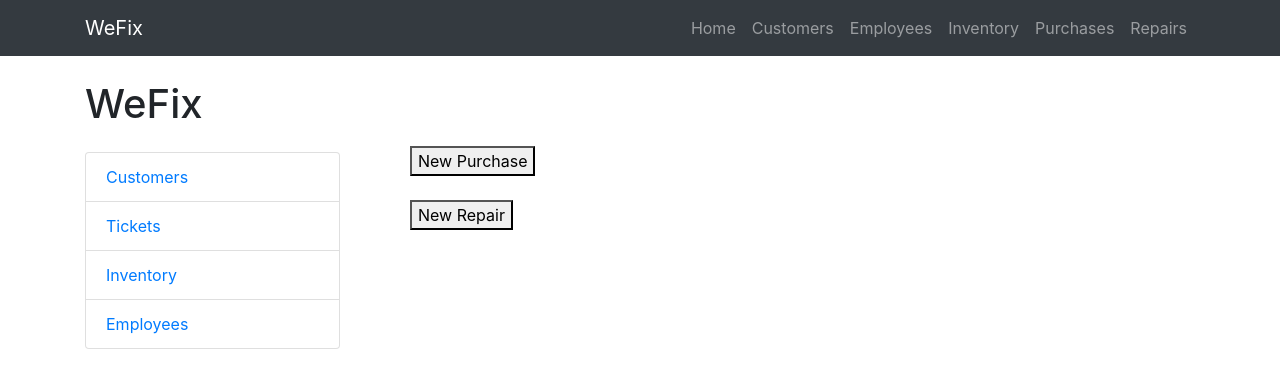
Repository: Map2g/WeFixPOS
Page: http://localhost/pages/index.php
The author's editor kept a record of every edit. The page is drawn from the files as they stood at one moment, then again after the next edit.
The browser window is 1280 px wide. The pictures show the whole page.
The page is run by PHP 8.4 with error messages shown; the project is at /var/www/html/. Other server files are loaded and not shown.

Above is the page before.

### pages/index.php
<?php include ('top.php'); session_start();?>

  <!-- Page Content -->
  <div class="container">

    <div class="row">

      <div class="col-lg-3">

        <h1 class="my-4">WeFix</h1>
        <div class="list-group">
          <a href="Customers.php" class="list-group-item">Customers</a>
          <a href="#" class="list-group-item">Tickets</a>
          <a href="Inventory.php" class="list-group-item">Inventory</a>
          <a href="Employees.php" class="list-group-item">Employees</a>
        </div>

      </div>
      <!-- /.col-lg-3 -->

      <div class="col-lg-9">

        <div class="row">

          <div class="col-lg-4 col-md-6 mb-4" style="top:90px; left:40px;">
              <a href="AddPurchaseForm.php"><button class="button">New Purchase</button></a>
          </div>
        </div>
        <!-- /.row -->
        <div class="row">
          <div class="col-lg-4 col-md-6 mb-4" style="top:90px; left:40px;">
            <a href="AddRepairFormGeneral.php"><button class="button">New Repair</button></a>
          </div>
        </div>



      </div>
      <!-- /.col-lg-9 -->

    </div>
    <!-- /.row -->

  </div>
  <!-- /.container -->

  <!-- Footer -->
  <!--<footer class="py-5 bg-dark fixed-bottom">-->
  <!--  <div class="container">-->
  <!--    <p class="m-0 text-center text-white">Copyright &copy; WeFix 2019</p>-->
  <!--  </div>-->
    <!-- /.container -->
  <!--</footer>-->

  <!-- Bootstrap core JavaScript -->
  <script src="vendor/jquery/jquery.min.js"></script>
  <script src="vendor/bootstrap/js/bootstrap.bundle.min.js"></script>

</body>

</html>

### pages/top.php
<!--Navbar included on every non-form page-->

<!DOCTYPE html>
<html lang="en">

<head>

  <meta charset="utf-8">
  <meta name="viewport" content="width=device-width, initial-scale=1, shrink-to-fit=no">
  <meta name="description" content="Database Project">
  <meta name="author" content="Team Wardia">

  <title>WeFix</title>

  <!-- Bootstrap core CSS -->
  <link href="vendor/bootstrap/css/bootstrap.min.css" rel="stylesheet">

  <!-- Custom styles for this template -->
  <link href="css/shop-homepage.css" rel="stylesheet">

</head>

<body>

  <!-- Navigation -->
  <nav class="navbar navbar-expand-lg navbar-dark bg-dark fixed-top">
    <div class="container">
      <a class="navbar-brand" href="index.php">WeFix</a>
      <h class="navbar-brand" style="color:#FFF; left:30px"></h>
      <button class="navbar-toggler" type="button" data-toggle="collapse" data-target="#navbarResponsive" aria-controls="navbarResponsive" aria-expanded="false" aria-label="Toggle navigation">
        <span class="navbar-toggler-icon"></span>
      </button>
      <div class="collapse navbar-collapse" id="navbarResponsive">
        <ul class="navbar-nav ml-auto">
          <li class="nav-item">
            <a class="nav-link" href="index.php">Home
              <span class="sr-only">(current)</span>
            </a>
          </li>
          <li class="nav-item">
            <a class="nav-link" href="Customers.php">Customers</a>
          </li>
          <li class="nav-item">
            <a class="nav-link" href="Employees.php">Employees</a>
          </li>
          <li class="nav-item">
            <a class="nav-link" href="Inventory.php">Inventory</a>
          </li>
          <li class="nav-item">
            <a class="nav-link" href="Purchase.php">Purchases</a>
          </li>
          <li class="nav-item">
            <a class="nav-link" href="Repairs.php">Repairs</a>
          </li>
        </ul>
      </div>
    </div>
  </nav>

<!--</html>-->

Loaded but not shown: css/shop-homepage.css (library)

After the next edit:
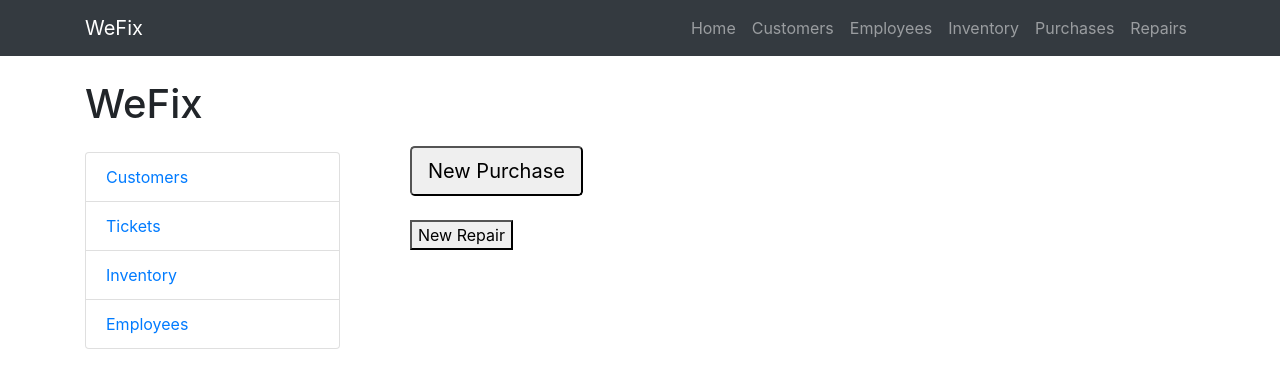
The edit:
--- a/pages/index.php
+++ b/pages/index.php
@@ -23,7 +23,7 @@
         <div class="row">
 
           <div class="col-lg-4 col-md-6 mb-4" style="top:90px; left:40px;">
-              <a href="AddPurchaseForm.php"><button class="button">New Purchase</button></a>
+              <a href="AddPurchaseForm.php"><button class="btn-lg">New Purchase</button></a>
           </div>
         </div>
         <!-- /.row -->
